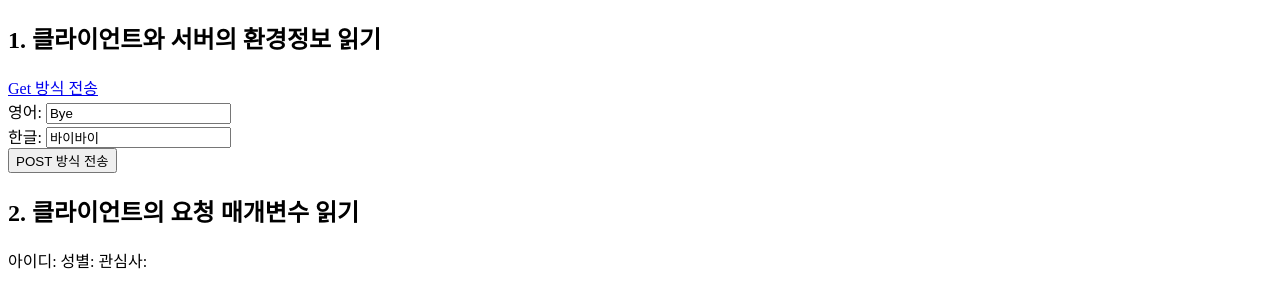
Repository: bhj305/JSP_Servlet
Page: http://localhost/MustHaveJSP/02ImplicitObject/RequestMain.jsp
An editor plug-in stored every save of this project. The page is shown before and after the next save, followed by the edit.
The browser window is 1280 px wide. The pictures show the whole page.
The page is served by Tomcat 10.

Above is the page before, as saved 2025-05-02 05:49:30.

After the next save:
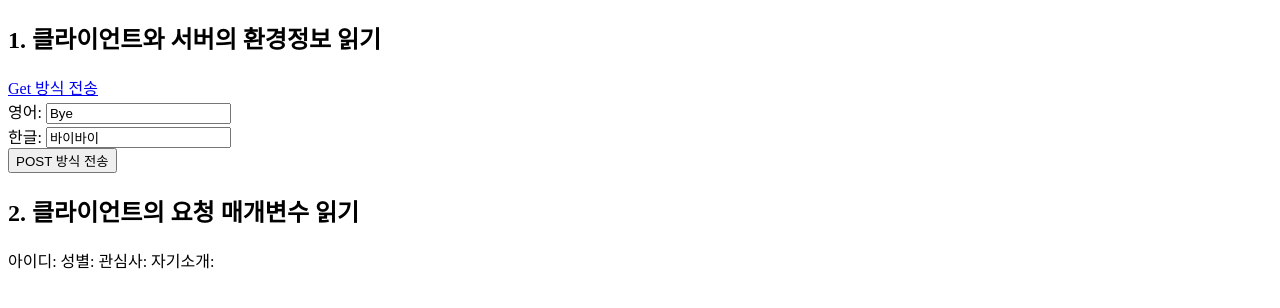
Saved 12 s later.
--- a/MustHaveJSP/src/main/webapp/02ImplicitObject/RequestMain.jsp
+++ b/MustHaveJSP/src/main/webapp/02ImplicitObject/RequestMain.jsp
@@ -23,6 +23,7 @@
 			아이디:
 			성별:
 			관심사:
+			자기소개:
 		</form>
 	</body>
 </html>
